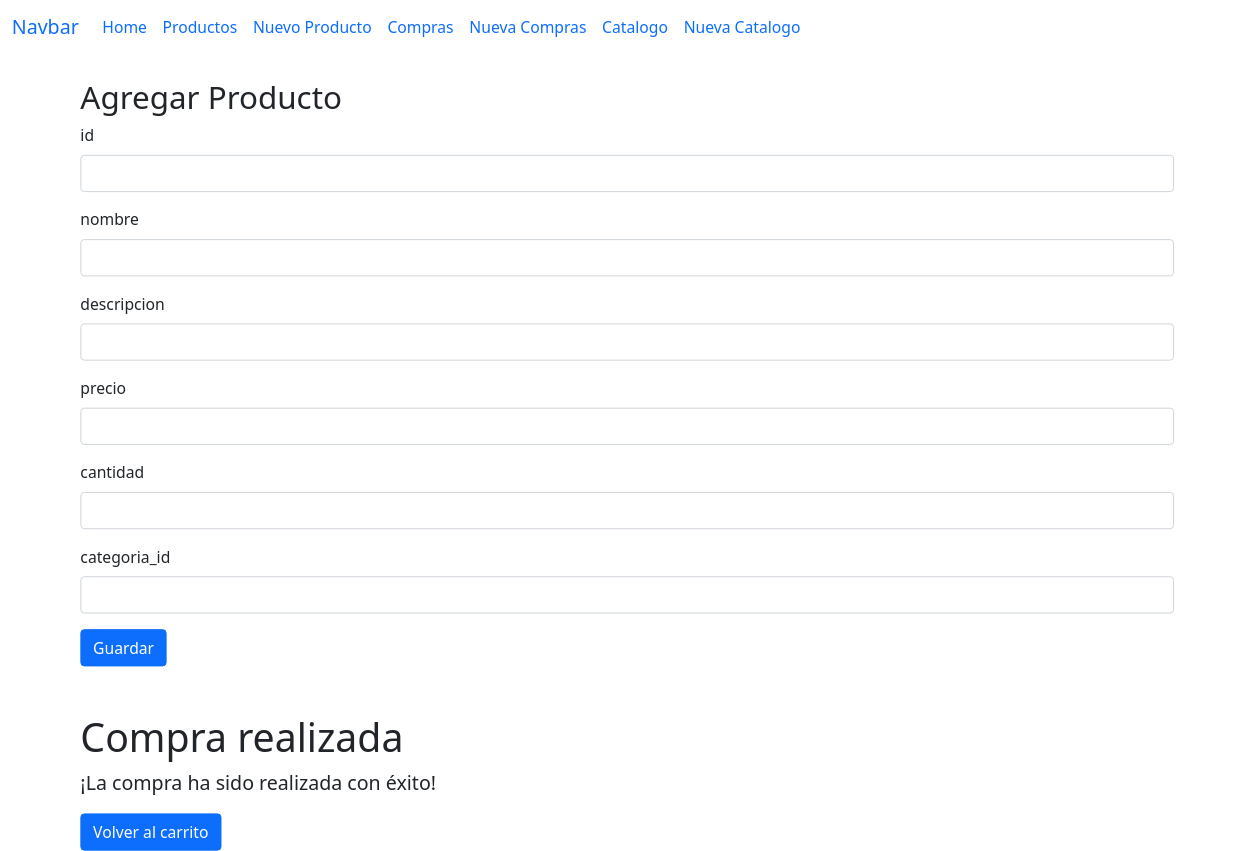
Repository: pedromv753/lp2
Page: http://localhost/nuevoproductos
These files come from the project's save history. The page is drawn as it stood at one moment and after the next save; the edit follows.
The browser window is 1280 px wide. The pictures show the whole page, at 98% of full size.
The page is this project's Thymeleaf template; nobody is signed in. The template is opened directly, without the code that normally fills it, so the values that code supplies are empty.

Above is the page before, as saved 2023-10-26 02:27:51.

After the next save:
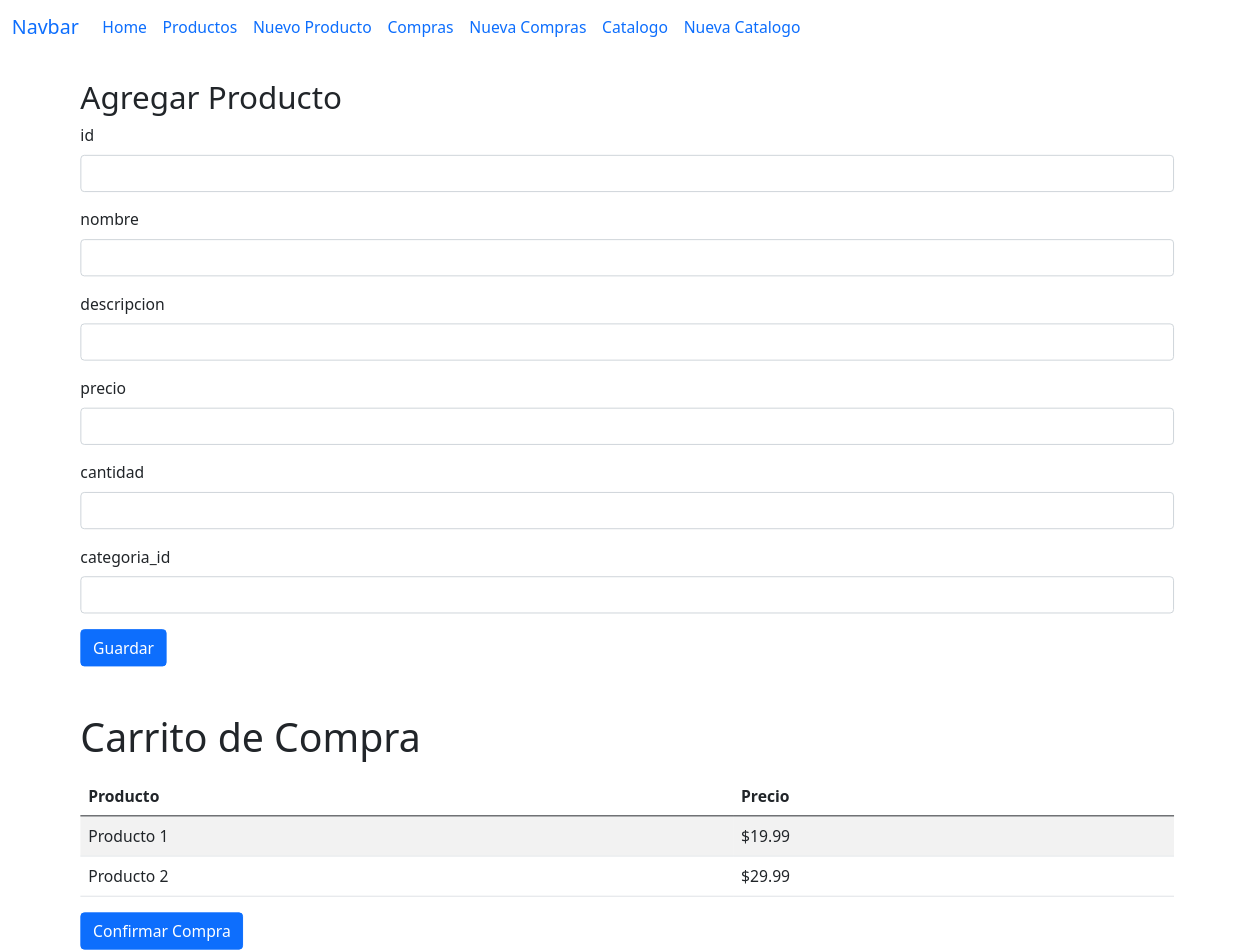
Saved 4 min 49 s later.
--- a/examenpedromamanivalle/tienda/src/main/resources/templates/nuevoproductos.html
+++ b/examenpedromamanivalle/tienda/src/main/resources/templates/nuevoproductos.html
@@ -70,10 +70,31 @@
 		</form>
 	</div>
 
-	<div class="container mt-5">
-        <h1>Compra realizada</h1>
-        <p class="lead">¡La compra ha sido realizada con éxito!</p>
-        <a href="/productos" class="btn btn-primary">Volver al carrito</a>
+	<div class="container">
+        <h1 class="mt-5">Carrito de Compra</h1>
+        <table class="table table-striped mt-3">
+            <thead>
+                <tr>
+                    <th>Producto</th>
+                    <th>Precio</th>
+                </tr>
+            </thead>
+            <tbody>
+                <!-- Aquí puedes listar los productos en el carrito. Puedes usar un bucle para mostrar varios productos. -->
+                <tr>
+                    <td>Producto 1</td>
+                    <td>$19.99</td>
+                </tr>
+                <tr>
+                    <td>Producto 2</td>
+                    <td>$29.99</td>
+                </tr>
+            </tbody>
+        </table>
+
+        <form action="/confirmarCompra" method="post">
+            <button type="submit" class="btn btn-primary">Confirmar Compra</button>
+        </form>
     </div>
 
 </body>
